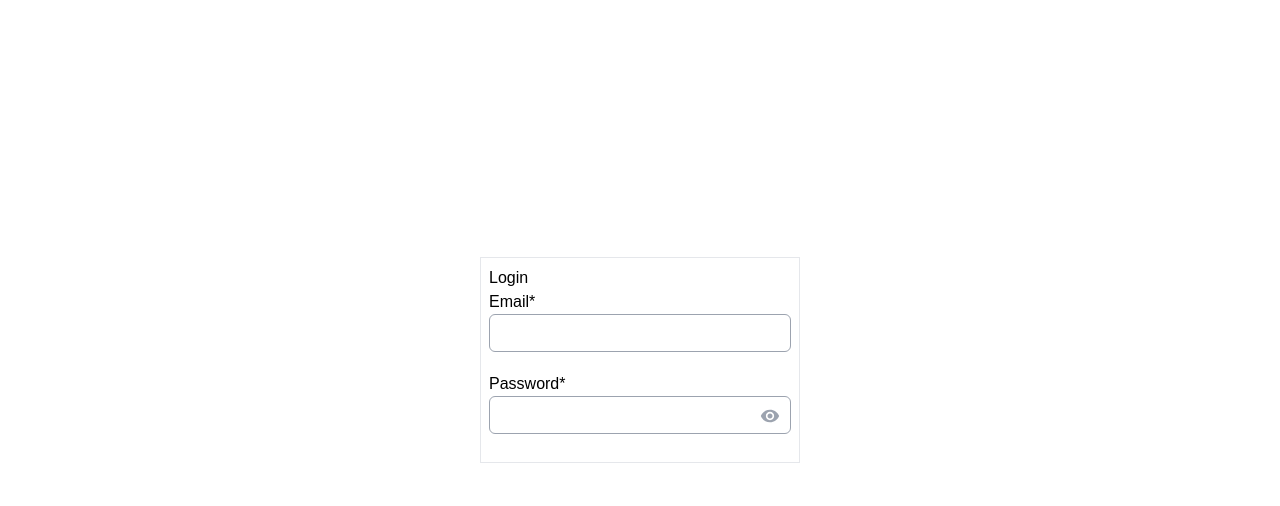
Repository: Qu4ntumGuy/support-ai
Page: /auth (app in frontend/)
An editor plug-in stored every save of this project. The page is shown before and after the next save, followed by the edit.
The browser window is 1280 px wide. The pictures show the whole page.
The project was rebuilt for these pictures with package versions that can differ from the ones it lists, and the page was loaded fresh each time.

Above is the page before, as saved 2024-07-13 18:42:04.

After the next save:
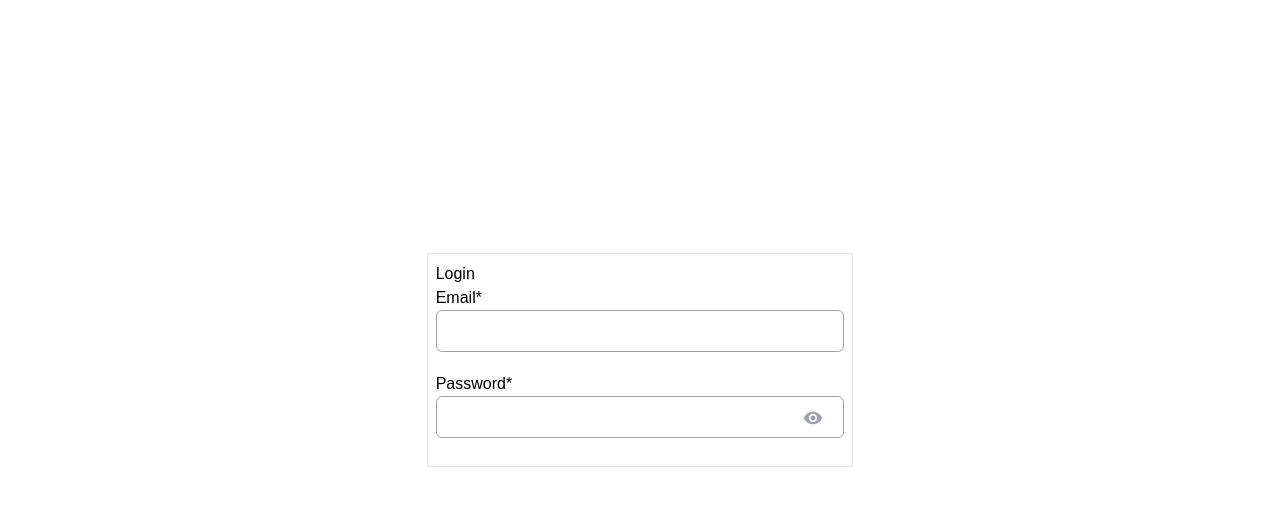
Saved 8 s later.
--- a/frontend/src/Pages/Auth/Auth.js
+++ b/frontend/src/Pages/Auth/Auth.js
@@ -26,7 +26,7 @@ function Auth() {
 
   return (
     <div className="flex h-screen justify-center items-center">
-      <div className="border border-gray-200 p-2 w-1/3 xl:w-1/4">
+      <div className="border border-gray-200 p-2 w-1/3 xl:w-1/3">
         <div>Login</div>
         <div>
           <form>
